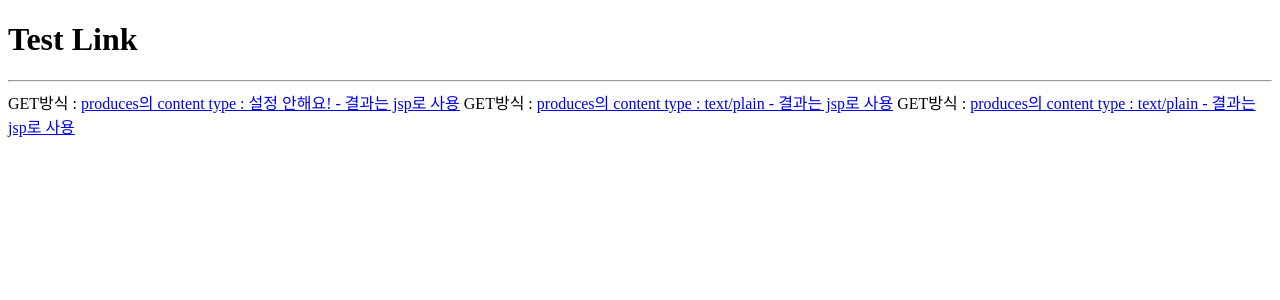
Repository: shashak23/spring_workspace
Page: springweb/src/main/webapp/resources/sample08/reuqestMappingProducesTest.html
An editor plug-in stored every save of this project. The page is shown before and after the next save, followed by the edit.
The browser window is 1280 px wide. The pictures show the whole page.

Above is the page before, as saved 2023-03-02 01:36:28.

### springweb/src/main/webapp/resources/sample08/reuqestMappingProducesTest.html
<!DOCTYPE html>
<html>
<head>
<meta charset="UTF-8">
<title>Insert title here</title>
</head>
<body>
	<h1>Test Link</h1>
	<hr>
	GET방식 :
	<a href="/springweb/testProduces1">produces의 content type : 설정 안해요! - 결과는 jsp로 사용</a>
	GET방식 :
	<a href="/springweb/testProduces2">produces의 content type : text/plain - 결과는 jsp로 사용</a> <!-- 꺽쇠가있는 문자열로 인식함 -->
	GET방식 :
	<a href="/springweb/testProduces3">produces의 content type : text/plain - 결과는 jsp로 사용</a>
</body>
</html>

After the next save:
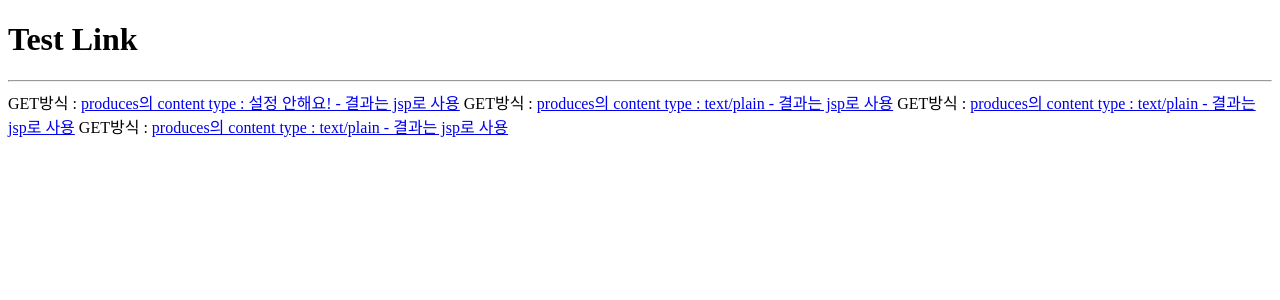
Saved 4 min 36 s later.
--- a/springweb/src/main/webapp/resources/sample08/reuqestMappingProducesTest.html
+++ b/springweb/src/main/webapp/resources/sample08/reuqestMappingProducesTest.html
@@ -13,5 +13,7 @@
 	<a href="/springweb/testProduces2">produces의 content type : text/plain - 결과는 jsp로 사용</a> <!-- 꺽쇠가있는 문자열로 인식함 -->
 	GET방식 :
 	<a href="/springweb/testProduces3">produces의 content type : text/plain - 결과는 jsp로 사용</a>
+	GET방식 :
+	<a href="/springweb/testProduces4">produces의 content type : text/plain - 결과는 jsp로 사용</a>
 </body>
 </html>
